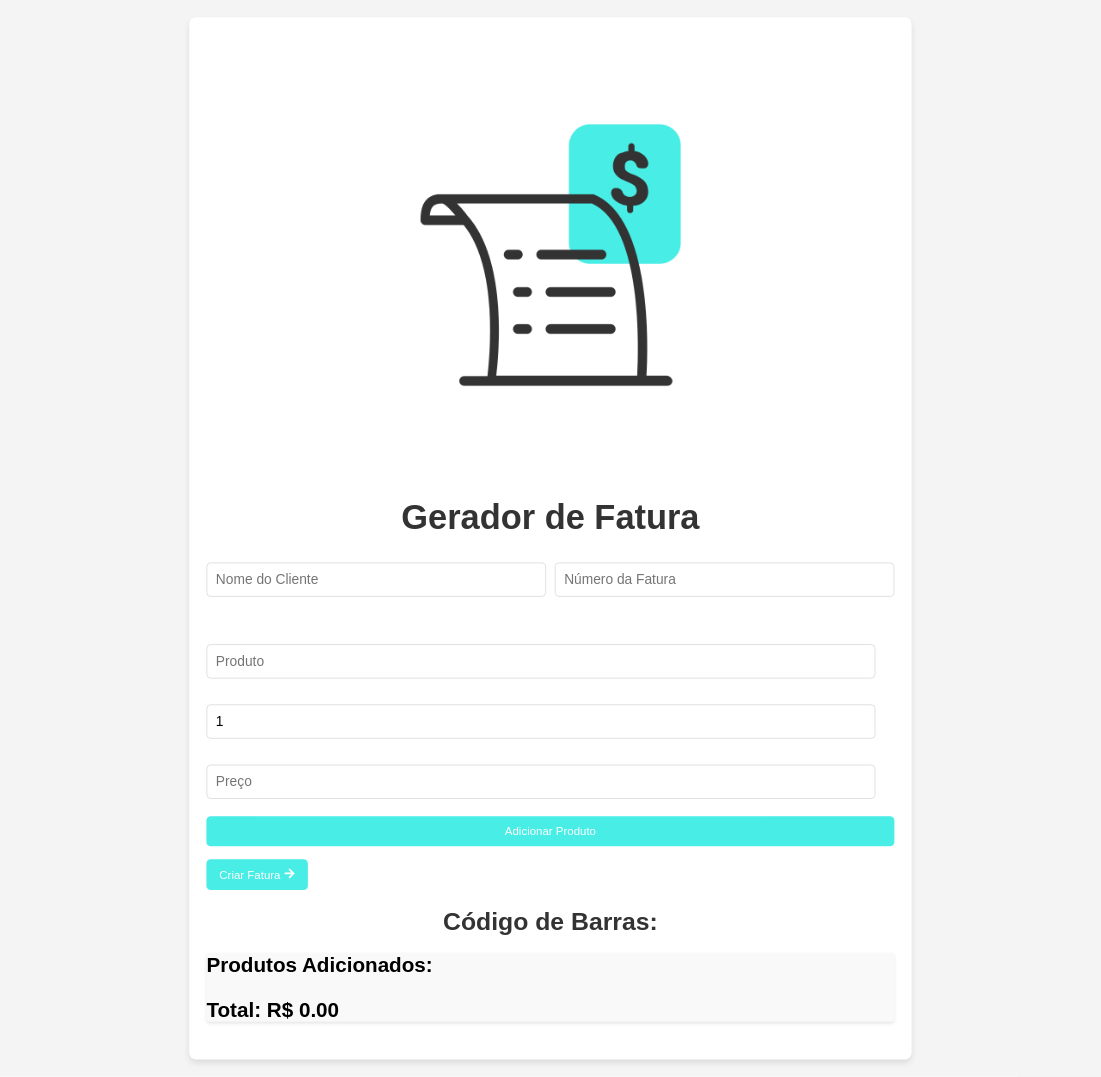
Repository: devthmedu/Invoice-Generator
Page: /
These files come from the project's save history. The page is drawn as it stood at one moment and after the next save; the edit follows.
The browser window is 1280 px wide. The pictures show the whole page, at 86% of full size.
The project was rebuilt for these pictures with package versions that can differ from the ones it lists, and the page was loaded fresh each time. Also part of the build but not shown: vite.config.js, src/Componete/Template.jsx.

Above is the page before, as saved 2024-07-16 22:33:37.

### index.html
<!DOCTYPE html>
<html lang="pt-BR">

<head>
  <meta charset="UTF-8" />
  <meta name="viewport" content="width=device-width, initial-scale=1.0" />
  <meta name="description" content="Gere sua fatura de forma simples e rápida com nosso gerador de faturas em React." />
  <meta name="keywords" content="fatura, gerador de faturas, React, financeiro" />
  <meta name="author" content="Thomas Eduardo" />
  <link rel="stylesheet" href="./src/App.css">
  <link rel="icon" href="./public/logo.png" />
  <title>Gere sua Fatura</title>
</head>


<body>
  <div id="root"></div>
  <script type="module" src="./src/main.jsx"></script>
</body>

</html>

### src/App.css
/* Global Styles */
body {
  font-family: 'Arial', sans-serif;
  background-color: #f4f4f4;
  margin: 0;
  padding: 0;
}

.container {
  max-width: 800px;
  margin: 20px auto;
  padding: 20px;
  background: #ffffff;
  border-radius: 8px;
  box-shadow: 0 4px 8px rgba(0, 0, 0, 0.1);
}

.logo {
  display: block;
  margin: 0 auto 20px;
  max-width: 100%;
  height: auto;
}

.title {
  text-align: center;
  color: #333;
  margin-bottom: 20px;
}

/* Form Styles */
.form {
  display: flex;
  flex-direction: column;
  gap: 15px;
}

.inputs {
  display: flex;
  gap: 10px;
  flex-wrap: wrap; /* Allow wrapping */
}

.input-field {
  flex: 1;
  padding: 10px;
  border: 1px solid #ccc;
  border-radius: 4px;
  font-size: 16px;
  min-width: 200px; /* Minimum width for inputs */
  box-sizing: border-box; /* Include padding and border in width */
}

.submit-button {
  padding: 10px 15px;
  background-color: #48ede5;
  color: #fff;
  border: none;
  border-radius: 5px;
  cursor: pointer;
  transition: background-color 0.3s;
}

.submit-button:hover {
  background-color: #36b8c2;
}

.product-form {
  margin-top: 20px;
  display: flex;
  flex-direction: column;
  gap: 10px;
}

.product-form input {
  padding: 10px;
  border: 1px solid #ccc;
  border-radius: 4px;
  width: 100%; /* Full width for product inputs */
  box-sizing: border-box; /* Include padding and border in width */
}

/* Product List Styles */
.product-list {
  margin-top: 20px;
  padding: 10px;
  background: #f9f9f9;
  border-radius: 4px;
  box-shadow: 0 2px 4px rgba(0, 0, 0, 0.1);
}

.product-list ul {
  list-style-type: none;
  padding: 0;
}

.product-list li {
  padding: 8px 0;
  border-bottom: 1px solid #ddd;
}

.product-list li:last-child {
  border-bottom: none;
}

/* Barcode and PDF Container Styles */
.barcode-container {
  margin-top: 20px;
  text-align: center;
}


/* Button Styles */
.back-button {
  margin-top: 20px;
  padding: 10px 15px;
  background-color: #ff6b6b;
  color: white;
  border: none;
  border-radius: 5px;
  cursor: pointer;
  transition: background-color 0.3s;
}

.back-button:hover {
  background-color: #e55b5b;
}

/* Media Queries */
@media (max-width: 600px) {
  .inputs {
    flex-direction: column;
  }

  .input-field {
    margin-bottom: 10px;
    width: 100%; /* Full width on small screens */
  }

  .product-list, .pdf-container {
    padding: 15px; /* Less padding for smaller screens */
  }

  .submit-button {
    width: 100%; /* Full width for the button */
  }

  .back-button {
    width: 100%; /* Full width for the back button */
  }
}

@media (max-width: 400px) {
  .submit-button, .back-button {
    padding: 8px; /* Smaller padding on extra small screens */
  }

  .title {
    font-size: 1.5em; /* Adjust font size for smaller screens */
  }
}

### src/main.jsx
import React from 'react';
import ReactDOM from 'react-dom/client';
import App from './App';
import 'react-toastify/dist/ReactToastify.css';
import { ToastContainer } from 'react-toastify';


const root = ReactDOM.createRoot(document.getElementById('root'));


root.render(
  <React.StrictMode>
    <ToastContainer />
    <App />
  </React.StrictMode>,
);

### src/App.jsx
import React, { useState, useEffect } from 'react';
import './App.css';
import TemplatePdf from './Componete/Template';
import Barcode from 'react-barcode';
import { FaArrowRight, FaArrowLeft, FaEdit, FaTrash } from 'react-icons/fa';
import { toast, ToastContainer } from 'react-toastify';
import logo from '/logo.png';

function App() {
  const [numeroDaFatura, setNumeroDaFatura] = useState('');
  const [nomeCliente, setNomeCliente] = useState('');
  const [data, setData] = useState('');
  const [visualizar, setVisualizar] = useState(true);
  const [loading, setLoading] = useState(false);
  const [produtos, setProdutos] = useState([]);
  const [produto, setProduto] = useState('');
  const [quantidade, setQuantidade] = useState(1);
  const [preco, setPreco] = useState('');
  const [editIndex, setEditIndex] = useState(null);

  useEffect(() => {
    const atual = new Date();
    const dataFormatada = `${String(atual.getDate()).padStart(2, '0')}/${String(
      atual.getMonth() + 1,
    ).padStart(2, '0')}/${atual.getFullYear()}`;
    setData(dataFormatada);

    const storedData = JSON.parse(localStorage.getItem('invoiceData'));
    if (storedData) {
      setNumeroDaFatura(storedData.numeroDaFatura);
      setNomeCliente(storedData.nomeCliente);
      setProdutos(storedData.produtos);
    }
  }, []);

  useEffect(() => {
    localStorage.setItem(
      'invoiceData',
      JSON.stringify({ numeroDaFatura, nomeCliente, produtos }),
    );
  }, [numeroDaFatura, nomeCliente, produtos]);

  const validarEntrada = () => {
    if (!numeroDaFatura.match(/^[0-9]+$/)) {
      toast.error('Por favor, insira um número de fatura válido.');
      return false;
    }
    if (!nomeCliente) {
      toast.error('Por favor, insira o nome do cliente.');
      return false;
    }
    return true;
  };

  const criarFatura = () => {
    if (!validarEntrada()) return;

    setLoading(true);
    setTimeout(() => {
      toast.success('Fatura criada com sucesso!');
      setLoading(false);
      setVisualizar(false);
    }, 500);
  };

  const validarEntradaProduto = () => {
    if (!produto) {
      toast.error('Por favor, insira o nome do produto.');
      return false;
    }
    if (quantidade <= 0) {
      toast.error('Quantidade deve ser maior que zero.');
      return false;
    }
    if (preco <= 0) {
      toast.error('Preço deve ser maior que zero.');
      return false;
    }
    return true;
  };

  const adicionarProduto = () => {
    if (validarEntradaProduto()) {
      const newProduto = {
        produto,
        quantidade: Number(quantidade),
        preco: Number(preco),
      };
      if (editIndex !== null) {
        const updatedProdutos = produtos.map((item, index) =>
          index === editIndex ? newProduto : item,
        );
        setProdutos(updatedProdutos);
        setEditIndex(null);
        toast.success('Produto atualizado com sucesso!');
      } else {
        setProdutos((prevProdutos) => [...prevProdutos, newProduto]);
        toast.success('Produto adicionado com sucesso!');
      }
      resetProdutoFields();
    }
  };

  const editarProduto = (index) => {
    const produtoEditado = produtos[index];
    setProduto(produtoEditado.produto);
    setQuantidade(produtoEditado.quantidade);
    setPreco(produtoEditado.preco);
    setEditIndex(index);
  };

  const removerProduto = (index) => {
    setProdutos(produtos.filter((_, i) => i !== index));
    toast.success('Produto removido com sucesso!');
  };

  const resetProdutoFields = () => {
    setProduto('');
    setQuantidade(1);
    setPreco('');
  };

  const totalFatura = produtos.reduce(
    (acc, curr) => acc + curr.quantidade * curr.preco,
    0,
  );

  const voltar = () => {
    setVisualizar(true);
    resetForm();
  };

  const resetForm = () => {
    setNumeroDaFatura('');
    setNomeCliente('');
    setProdutos([]);
    localStorage.removeItem('invoiceData');
  };

  return (
    <>
      <ToastContainer />
      {visualizar ? (
        <div className="container">
          <img src={logo} alt="Logo" className="logo" />
          <h1 className="title">Gerador de Fatura</h1>
          <div className="form">
            <div className="inputs">
              <input
                type="text"
                placeholder="Nome do Cliente"
                value={nomeCliente}
                onChange={(e) => setNomeCliente(e.target.value)}
                disabled={loading}
                className="input-field"
                required
              />
              <input
                type="text"
                placeholder="Número da Fatura"
                value={numeroDaFatura}
                onChange={(e) => setNumeroDaFatura(e.target.value)}
                disabled={loading}
                className="input-field"
                required
              />
            </div>
            <div className="product-form">
              <input
                type="text"
                placeholder="Produto"
                value={produto}
                onChange={(e) => setProduto(e.target.value)}
                className="input-field"
              />
              <input
                type="number"
                placeholder="Quantidade"
                value={quantidade}
                onChange={(e) => setQuantidade(e.target.value)}
                className="input-field"
                min="1"
              />
              <input
                type="number"
                placeholder="Preço"
                value={preco}
                onChange={(e) => setPreco(e.target.value)}
                className="input-field"
                min="0"
              />
              <button onClick={adicionarProduto} className="submit-button">
                {editIndex !== null ? 'Atualizar Produto' : 'Adicionar Produto'}
              </button>
            </div>
            <div className="buttons">
              <button
                onClick={criarFatura}
                disabled={loading}
                className="submit-button"
                title={
                  loading
                    ? 'Aguarde enquanto a fatura é criada'
                    : 'Criar fatura'
                }
              >
                {loading ? 'Criando...' : 'Criar Fatura'} <FaArrowRight />
              </button>
            </div>
          </div>
          <div className="barcode-container">
            <h2>Código de Barras:</h2>
            {numeroDaFatura && <Barcode value={numeroDaFatura} />}
          </div>
          <div className="product-list">
            <h3>Produtos Adicionados:</h3>
            <ul>
              {produtos.map((item, index) => (
                <li key={index}>
                  {item.quantidade} x {item.produto} @ R${' '}
                  {item.preco.toFixed(2)} = R${' '}
                  {(item.quantidade * item.preco).toFixed(2)}
                  <button onClick={() => editarProduto(index)}>
                    <FaEdit />
                  </button>
                  <button onClick={() => removerProduto(index)}>
                    <FaTrash />
                  </button>
                </li>
              ))}
            </ul>
            <h3>Total: R$ {totalFatura.toFixed(2)}</h3>
          </div>
        </div>
      ) : (
        <div className="pdf-container">
          <TemplatePdf
            NumeroDaFatura={numeroDaFatura}
            data={data}
            nomeCliente={nomeCliente}
            produtos={produtos}
            total={totalFatura}
          />
          <button onClick={voltar} className="back-button">
            Voltar <FaArrowLeft />
          </button>
        </div>
      )}
    </>
  );
}

export default App;

### src/Componete/Template.css
/* Template.css */

.pdf-container {
  max-width: 900px;
  margin: 40px auto;
  padding: 30px;
  border-radius: 10px;
  box-shadow: 0 4px 20px rgba(0, 0, 0, 0.1);
  background-color: #ffffff; /* White background for the main container */
  font-family: 'Arial', sans-serif;
  color: #333;
  text-align: center;
}

.pdf-logo {
  max-width: 150px; /* Logo size */
  margin: 0 auto 20px; /* Center logo */
}

.pdf-container:before {
  content: '';
  position: absolute;
  top: 0;
  left: 0;
  right: 0;
  height: 20px;
  background: #48ede5; /* Header color */
  border-radius: 10px 10px 0 0;
}

h1 {
  font-size: 2.5em;
  margin-bottom: 20px;
  color: #48ede5;
}

h2 {
  font-size: 1.8em;
  margin-top: 20px;
  margin-bottom: 10px;
  color: #333;
}

h3 {
  font-size: 1.5em;
  margin-top: 15px;
}

.product-list {
  list-style-type: none;
  padding: 0;
}

.product-list li {
  display: flex;
  justify-content: space-between;
  align-items: center;
  padding: 15px;
  border: 1px solid #ddd; /* Light border for items */
  border-radius: 8px;
  background-color: #f9f9f9; /* Light background for items */
  margin-bottom: 10px;
  transition: background-color 0.3s;
}

.product-list li:hover {
  background-color: #f1f1f1; /* Hover effect */
}

.product-list li span {
  flex-grow: 1;
  font-weight: bold;
}

button {
  background-color: #48ede5; /* Primary button color */
  color: white;
  border: none;
  border-radius: 5px;
  padding: 8px 12px;
  cursor: pointer;
  transition: background-color 0.3s, transform 0.3s;
}

button:hover {
  background-color: #36b2c0; /* Darker shade on hover */
}

.add-product-button {
  background-color: #28a745; /* Success color */
}

.add-product-button:hover {
  background-color: #218838;
}

.print-button {
  background-color: #ffc107; /* Warning color */
}

.print-button:hover {
  background-color: #e0a800;
}

input[type="text"],
input[type="number"] {
  width: calc(100% - 22px);
  padding: 10px;
  margin: 10px 0;
  border: 1px solid #ddd;
  border-radius: 5px;
  box-sizing: border-box;
}

input[type="text"]:focus,
input[type="number"]:focus {
  border-color: #48ede5; /* Highlight color */
  outline: none;
}

.dialog-title {
  display: flex;
  justify-content: space-between;
  align-items: center;
}

.icon-close {
  cursor: pointer;
  color: #e74c3c; /* Error color */
}

.icon-close:hover {
  opacity: 0.8;
}

/* Media Queries */
@media (max-width: 600px) {
  .pdf-container {
    padding: 20px;
  }

  h1 {
    font-size: 2em;
  }

  h2 {
    font-size: 1.5em;
  }

  button {
    width: 100%;
    margin: 5px 0;
  }
}

After the next save:
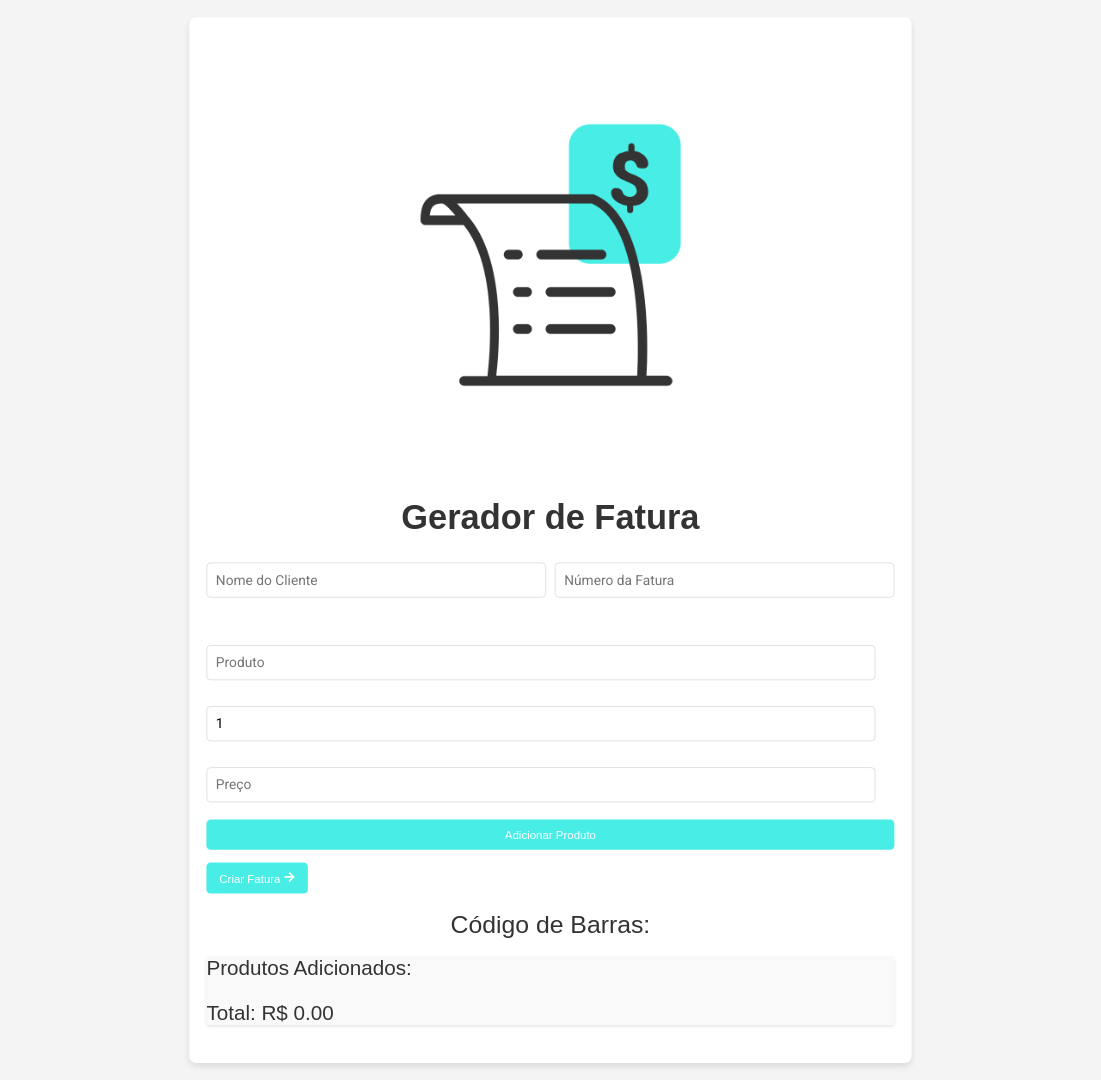
Saved 71 s later.
--- a/src/Componete/Template.css
+++ b/src/Componete/Template.css
@@ -1,4 +1,7 @@
 /* Template.css */
+
+/* Import Roboto font from Google Fonts */
+@import url('https://fonts.googleapis.com/css2?family=Roboto:wght@400;500;700&display=swap');
 
 .pdf-container {
   max-width: 900px;
@@ -7,7 +10,7 @@
   border-radius: 10px;
   box-shadow: 0 4px 20px rgba(0, 0, 0, 0.1);
   background-color: #ffffff; /* White background for the main container */
-  font-family: 'Arial', sans-serif;
+  font-family: 'Roboto', sans-serif; /* Use Roboto font */
   color: #333;
   text-align: center;
 }
@@ -32,6 +35,7 @@ h1 {
   font-size: 2.5em;
   margin-bottom: 20px;
   color: #48ede5;
+  font-weight: 700; /* Bold */
 }
 
 h2 {
@@ -39,11 +43,14 @@ h2 {
   margin-top: 20px;
   margin-bottom: 10px;
   color: #333;
+  font-weight: 500; /* Medium */
 }
 
 h3 {
   font-size: 1.5em;
   margin-top: 15px;
+  color: #333;
+  font-weight: 500; /* Medium */
 }
 
 .product-list {
@@ -69,7 +76,7 @@ h3 {
 
 .product-list li span {
   flex-grow: 1;
-  font-weight: bold;
+  font-weight: 700; /* Bold for product text */
 }
 
 button {
@@ -110,6 +117,7 @@ input[type="number"] {
   border: 1px solid #ddd;
   border-radius: 5px;
   box-sizing: border-box;
+  font-family: 'Roboto', sans-serif; /* Use Roboto font for inputs */
 }
 
 input[type="text"]:focus,
